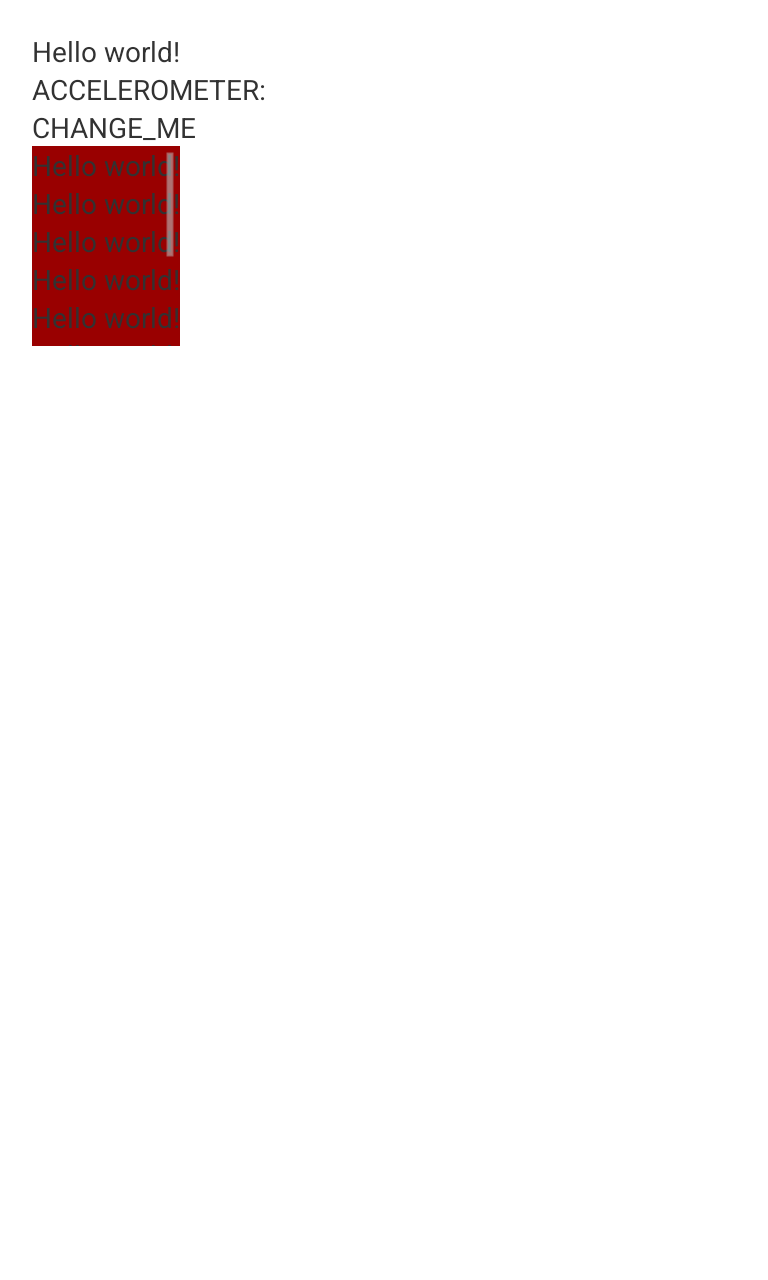
Repository: acrabb/soundcloudtest
Layout: HelloWorld/res/layout/activity_main.xml
An editor plug-in stored every save of this project. The layout is shown before and after the next save, followed by the edit.
It is drawn on a 768 x 1280 px phone screen (xhdpi) without system bars, with theme AppTheme; the app's code is not run.

Above is the layout before, as saved 2013-10-07 09:02:44.

### HelloWorld/res/layout/activity_main.xml
<RelativeLayout xmlns:android="http://schemas.android.com/apk/res/android"
    xmlns:tools="http://schemas.android.com/tools"
    android:layout_width="match_parent"
    android:layout_height="match_parent"
    android:paddingBottom="@dimen/activity_vertical_margin"
    android:paddingLeft="@dimen/activity_horizontal_margin"
    android:paddingRight="@dimen/activity_horizontal_margin"
    android:paddingTop="@dimen/activity_vertical_margin"
    tools:context=".MainActivity" >

    <TextView
        android:id="@+id/hello"
        android:layout_width="wrap_content"
        android:layout_height="wrap_content"
        android:text="@string/hello_world" />
    <TextView
        android:id="@+id/accel_label"
        android:layout_width="wrap_content"
        android:layout_height="wrap_content"
        android:layout_below="@id/hello"
        android:text="ACCELEROMETER: " />
    <TextView
        android:id="@+id/accel_num"
        android:layout_width="wrap_content"
        android:layout_height="wrap_content"
        android:layout_below="@id/accel_label"
        android:text="CHANGE_ME" />
    <ScrollView
        android:id="@+id/list_thing"
        android:layout_width="wrap_content"
        android:layout_height="100dp"
        android:layout_below="@id/accel_num"
        android:background="#990000"
        >

        <LinearLayout
            android:layout_width="wrap_content"
	        android:layout_height="wrap_content"
	        android:orientation="vertical"
            >
            <TextView
		        android:layout_width="wrap_content"
		        android:layout_height="wrap_content"
		        android:text="@string/hello_world" />
            <TextView
		        android:layout_width="wrap_content"
		        android:layout_height="wrap_content"
		        android:text="@string/hello_world" />
            <TextView
		        android:layout_width="wrap_content"
		        android:layout_height="wrap_content"
		        android:text="@string/hello_world" />
            <TextView
		        android:layout_width="wrap_content"
		        android:layout_height="wrap_content"
		        android:text="@string/hello_world" />
            <TextView
		        android:layout_width="wrap_content"
		        android:layout_height="wrap_content"
		        android:text="@string/hello_world" />
            <TextView
		        android:layout_width="wrap_content"
		        android:layout_height="wrap_content"
		        android:text="@string/hello_world" />
            <TextView
		        android:layout_width="wrap_content"
		        android:layout_height="wrap_content"
		        android:text="@string/hello_world" />
            <TextView
		        android:layout_width="wrap_content"
		        android:layout_height="wrap_content"
		        android:text="@string/hello_world" />
            <TextView
		        android:layout_width="wrap_content"
		        android:layout_height="wrap_content"
		        android:text="@string/hello_world" />
        </LinearLayout>
    </ScrollView>

</RelativeLayout>

### HelloWorld/res/values/strings.xml
<?xml version="1.0" encoding="utf-8"?>
<resources>

    <string name="app_name">Hello World</string>
    <string name="action_settings">Settings</string>
    <string name="hello_world">Hello world!</string>

</resources>

Loaded but not shown: HelloWorld/res/values/styles.xml (common file); HelloWorld/res/values-v11/styles.xml (common file); HelloWorld/res/values-v14/styles.xml (common file); HelloWorld/res/values/dimens.xml (common file)

After the next save:
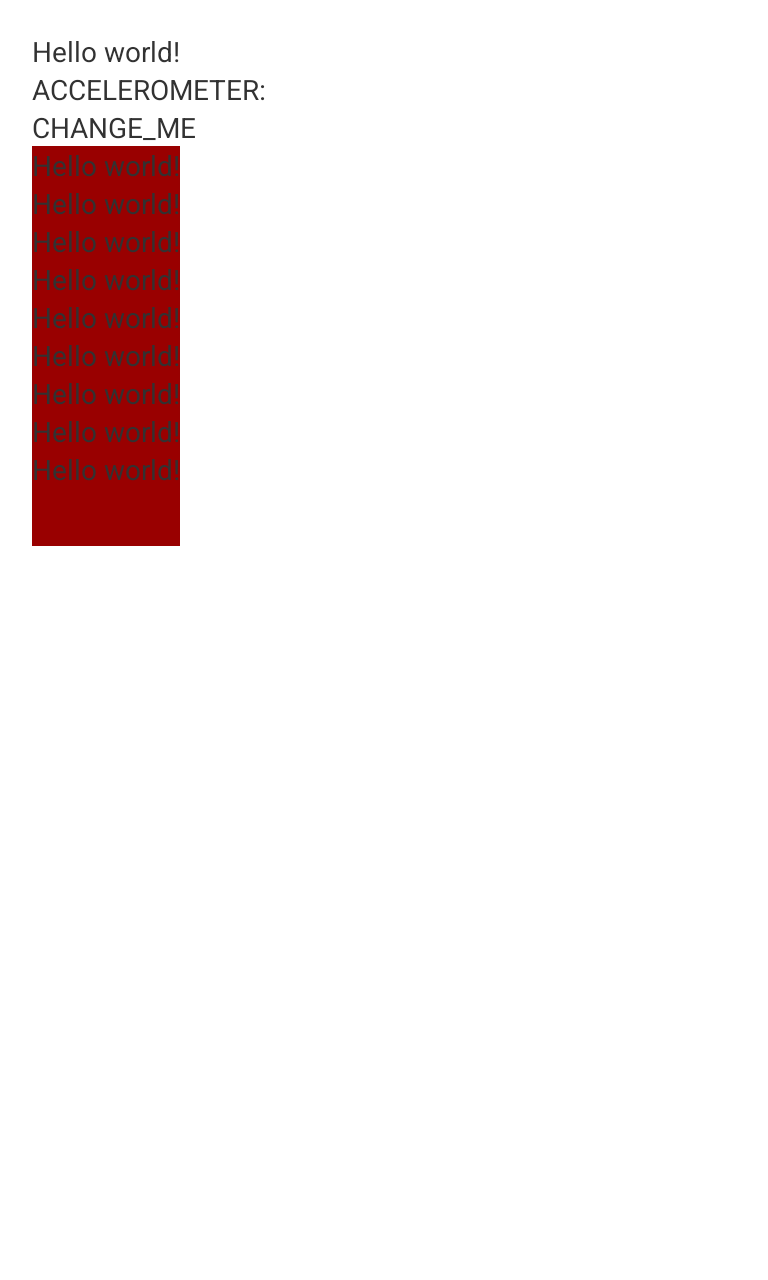
Saved 21 s later.
--- a/HelloWorld/res/layout/activity_main.xml
+++ b/HelloWorld/res/layout/activity_main.xml
@@ -28,11 +28,10 @@
     <ScrollView
         android:id="@+id/list_thing"
         android:layout_width="wrap_content"
-        android:layout_height="100dp"
+        android:layout_height="200dp"
         android:layout_below="@id/accel_num"
         android:background="#990000"
         >
-
         <LinearLayout
             android:layout_width="wrap_content"
 	        android:layout_height="wrap_content"
